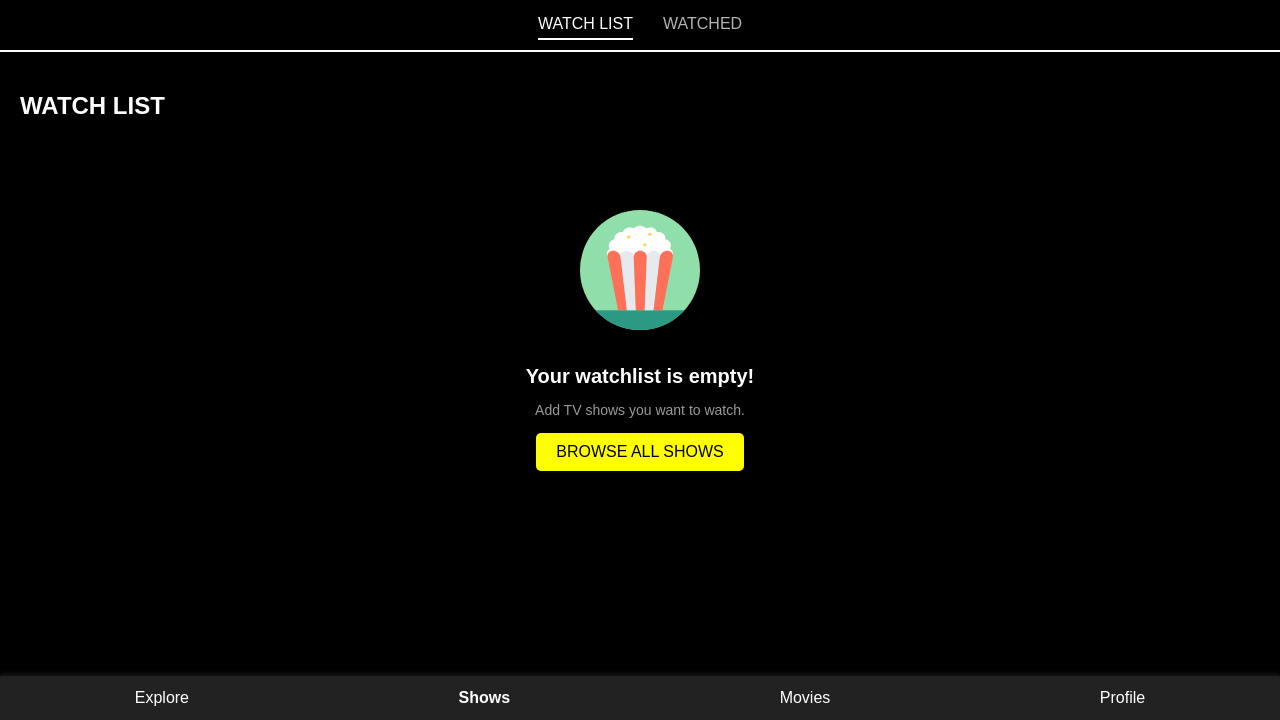
Repository: carson-jenkins-5/tracktv
Page: tracktv/frontend/shows.html
These files come from the project's save history. The page is drawn as it stood at one moment and after the next save; the edit follows.
The browser window is 1280 px wide. The pictures show the whole page.
The page's requests for data from a server got no answer.

Above is the page before, as saved 2025-03-04 03:11:54.

### tracktv/frontend/shows.html
<!DOCTYPE html>
<html lang="en">
<head>
    <meta charset="UTF-8">
    <meta name="viewport" content="width=device-width, initial-scale=1.0">
    <title>Shows</title>
    <link rel="stylesheet" href="styles.css">
</head>
<body>

    <!-- Navigation Tabs (Updated) -->
    <div class="tabs">
        <span class="active" onclick="showTab('watchlist')">WATCH LIST</span>
        <span onclick="showTab('watched')">WATCHED</span>
    </div>

    <!-- Watchlist Section -->
    <div id="watchlist-container">
        <h2 class="section-title">WATCH LIST</h2>
        <div id="watchlist-items"></div>
    </div>

    <!-- Watched Section -->
    <div id="watched-container" style="display: none;">
        <h2 class="section-title">WATCHED</h2>
        <div id="watched-items"></div>
    </div>

    <!-- Empty Watchlist Message (Only visible if no items) -->
    <div id="empty-watchlist" class="empty-state">
        <img src="assets/popcorn.svg" alt="Empty Watchlist">
        <h2>Your watchlist is empty!</h2>
        <p>Add TV shows you want to watch.</p>
        <button onclick="window.location.href='index.html'">BROWSE ALL SHOWS</button>
    </div>

    <!-- Bottom Navigation -->
    <nav class="navbar">
        <button onclick="window.location.href='index.html'">Explore</button>
        <button class="active">Shows</button>
        <button onclick="window.location.href='movies.html'">Movies</button>
        <button onclick="window.location.href='profile.html'">Profile</button>
    </nav>

    <script src="watchlist.js"></script>
</body>
</html>

### tracktv/frontend/styles.css
body {
    font-family: Arial, sans-serif;
    background-color: black;
    color: white;
    margin: 0;
    padding: 0;
    text-align: center;
    padding-bottom: 80px;
}

/* Fixed Search Bar (Always Visible) */
.search-bar-container {
    position: fixed;
    top: 0;
    left: 0;
    width: 100%;
    background-color: black;
    z-index: 1000;
    display: flex;
    align-items: center;
    justify-content: center;
    padding: 12px;
    box-shadow: 0px 2px 5px rgba(255, 255, 255, 0.1);
}

/* Search Input */
.search-bar {
    flex-grow: 1;
    max-width: 80%;
    padding: 10px;
    border-radius: 20px;
    font-size: 16px;
    border: 1px solid rgba(255, 255, 255, 0.3);
    background-color: #222;
    color: white;
    outline: none;
}

/* Cancel Button */
#cancel-btn {
    background: none;
    border: none;
    color: #008CDA;
    font-size: 16px;
    font-weight: bold;
    margin-left: 12px;
    cursor: pointer;
    transition: color 0.3s ease;
}

#cancel-btn:hover {
    color: #00aaff;
}

/* Search Results Page */
#search-results {
    width: 90%;
    background-color: #000;
    margin: 10px auto;
    border-radius: 8px;
    overflow-y: auto;
    padding: 10px;
}

.search-item {
    display: flex;
    align-items: center;
    padding: 12px;
    border-bottom: 1px solid rgba(255, 255, 255, 0.3);
}

.search-item img {
    width: 60px;
    height: 90px;
    border-radius: 5px;
    margin-right: 15px;
}

.search-info {
    flex-grow: 1;
}

.search-title {
    color: white;
    font-size: 16px;
    font-weight: bold;
    margin: 0;
}

.search-subtitle {
    color: rgba(255, 255, 255, 0.6);
    font-size: 14px;
    margin: 3px 0;
}

.add-button {
    background-color: #008CDA;
    color: white;
    border: none;
    font-size: 18px;
    font-weight: bold;
    width: 36px;
    height: 36px;
    border-radius: 50%;
    cursor: pointer;
    display: flex;
    align-items: center;
    justify-content: center;
}

/* Carousels */
.carousel {
    display: flex;
    overflow-x: auto;
    gap: 10px;
    padding: 10px;
}

/* Navbar (Ensuring Consistency) */
.navbar, .bottom-nav {
    position: fixed;
    bottom: 0;
    width: 100%;
    background-color: #222;
    display: flex;
    justify-content: space-around;
    padding: 12px 0;
    box-shadow: 0px -2px 5px rgba(255, 255, 255, 0.1);
    z-index: 1000;
}

.navbar button, .bottom-nav button {
    background: none;
    border: none;
    color: white;
    font-size: 16px;
    cursor: pointer;
}

.navbar button.active, .bottom-nav button.active {
    font-weight: bold;
}

/* Tabs */
.tabs {
    display: flex;
    justify-content: center;
    padding: 10px;
    background: black;
    border-bottom: 2px solid white;
}

.tabs span {
    margin: 0 15px;
    padding: 5px 0;
    font-size: 16px;
    color: rgba(255, 255, 255, 0.7);
    cursor: pointer;
}

.tabs .active {
    border-bottom: 2px solid white;
    color: white;
}

/* Empty Watchlist (Movies & Shows Page) */
.empty-state {
    text-align: center;
    padding: 50px 20px;
}

.empty-state img {
    width: 120px;
    margin-bottom: 15px;
}

.empty-state h2 {
    font-size: 20px;
    margin-bottom: 5px;
}

.empty-state p {
    font-size: 14px;
    color: rgba(255, 255, 255, 0.6);
    margin-bottom: 15px;
}

.empty-state button {
    background-color: yellow;
    color: black;
    padding: 10px 20px;
    border: none;
    font-size: 16px;
    cursor: pointer;
    border-radius: 5px;
}

#watchlist-container {
    padding: 20px;
    text-align: left;
}

.watchlist-item {
    display: flex;
    align-items: center;
    padding: 15px;
    border-bottom: 1px solid rgba(255, 255, 255, 0.2);
}

.watchlist-item img {
    width: 80px;
    height: 120px;
    border-radius: 5px;
    margin-right: 15px;
}

.watchlist-info {
    flex-grow: 1;
}

.watchlist-title {
    font-size: 18px;
    font-weight: bold;
    margin: 0;
}

.watchlist-subtitle {
    font-size: 14px;
    color: rgba(255, 255, 255, 0.6);
}

.watchlist-actions {
    display: flex;
    align-items: center;
}

.watch-button,
.remove-button {
    background: none;
    border: none;
    color: white;
    font-size: 18px;
    cursor: pointer;
    padding: 5px 10px;
}

.watch-button {
    color: limegreen;
}

.remove-button {
    color: red;
}

.browse-button {
    background-color: yellow;
    color: black;
    padding: 10px 20px;
    border: none;
    font-size: 16px;
    cursor: pointer;
    border-radius: 5px;
    margin-top: 20px;
}

/* Each show/movie item */
.show-item {
    position: relative;
    width: 150px; /* Ensure consistent width */
    flex-shrink: 0; /* Prevent items from collapsing */
}

/* Poster Image */
.show-item img {
    width: 100%;
    border-radius: 5px;
    display: block;
}

/* Position plus button in top-right */
.explore-add-button {
    position: absolute;
    top: 5px;
    right: 5px;
    width: 28px;
    height: 28px;
    background-color: #008CDA;
    color: white;
    font-size: 18px;
    font-weight: bold;
    border: none;
    border-radius: 50%;
    cursor: pointer;
    display: flex;
    align-items: center;
    justify-content: center;
    opacity: 0.85;
    transition: opacity 0.3s;
}

.explore-add-button:hover {
    opacity: 1;
}

.menu-button {
    background: none;
    border: none;
    color: white;
    font-size: 20px;
    cursor: pointer;
    padding: 5px;
}

.menu-dropdown {
    display: none;
    position: absolute;
    right: 0;
    background: rgba(50, 50, 50, 0.9);
    border-radius: 5px;
    overflow: hidden;
    box-shadow: 0 2px 10px rgba(0, 0, 0, 0.2);
}

.menu-dropdown.show {
    display: block;
}

.menu-dropdown button {
    background: none;
    border: none;
    color: white;
    padding: 10px 15px;
    width: 100%;
    text-align: left;
    font-size: 14px;
    cursor: pointer;
}

.menu-dropdown button:hover {
    background: rgba(255, 255, 255, 0.1);
}

### tracktv/frontend/watchlist.js
document.addEventListener("DOMContentLoaded", async function () {
    loadWatchlist(); // Load watchlist on page load
});

async function loadWatchlist() {
    try {
        const response = await fetch("/backend/watchlist");
        const watchlist = await response.json();
        const watchlistContainer = document.getElementById("watchlist-items");
        const watchedContainer = document.getElementById("watched-items");
        const emptyMessage = document.getElementById("empty-watchlist");

        //  Clear existing items before appending new ones
        watchlistContainer.innerHTML = "";
        watchedContainer.innerHTML = "";

        //  Filter watched & unwatched items
        const watchedItems = watchlist.filter(item => item.watched);
        const unwatchedItems = watchlist.filter(item => !item.watched);

        //  Show empty message ONLY if both lists are empty
        emptyMessage.style.display = (watchedItems.length === 0 && unwatchedItems.length === 0) ? "block" : "none";

        //  Function to Create an Item Element
        function createItemElement(item, isWatched) {
            const div = document.createElement("div");
            div.classList.add("watchlist-item");

            div.innerHTML = `
                <img src="${item.image}" alt="${item.title}">
                <div class="watchlist-info">
                    <p class="watchlist-title">${item.title}</p>
                    <p class="watchlist-subtitle">${item.type.toUpperCase()}</p>
                </div>
                <div class="watchlist-actions">
                    <button class="menu-button" onclick="toggleMenu('${item.id}')">&middot;&middot;&middot;</button>
                    <div class="menu-dropdown" id="menu-${item.id}">
                        <button onclick="toggleWatchedStatus('${item.id}', ${!isWatched})">
                            ${isWatched ? "Mark as Unwatched" : "Mark as Watched"}
                        </button>
                        <button onclick="removeFromWatchlist('${item.id}')">Remove</button>
                    </div>
                </div>
            `;
            return div;
        }

        //  Append only unique items to each list
        unwatchedItems.forEach(item => watchlistContainer.appendChild(createItemElement(item, false)));
        watchedItems.forEach(item => watchedContainer.appendChild(createItemElement(item, true)));

    } catch (error) {
        console.error("Error loading watchlist:", error);
    }
}

// Toggle Menu Visibility
function toggleMenu(id) {
    document.querySelectorAll(".menu-dropdown").forEach(menu => {
        if (menu.id === `menu-${id}`) {
            menu.classList.toggle("show");
        } else {
            menu.classList.remove("show"); // Close other menus
        }
    });
}

async function addToWatchlist(id, title, image, type) {
    try {
        const response = await fetch("/backend/watchlist", {
            method: "POST",
            headers: { "Content-Type": "application/json" },
            body: JSON.stringify({ id, title, image, type }),
        });

        const data = await response.json();

        if (response.ok) {
            alert(`${title} added to your watchlist!`);
            loadWatchlist();  // Reload the watchlist immediately
        } else {
            alert(data.error || "An error occurred while adding to watchlist.");
        }
    } catch (error) {
        alert("Network error. Try again.");
    }
}

// Function to Remove from Watchlist
async function removeFromWatchlist(id) {
    const response = await fetch(`/backend/watchlist/${id}`, {
        method: "DELETE",
    });

    if (response.ok) {
        loadWatchlist(); // Refresh UI instead of showing an alert
    }
}

async function toggleWatchedStatus(id, watched) {
    try {
        const response = await fetch(`/backend/watchlist/${id}`, {
            method: "PUT",
            headers: { "Content-Type": "application/json" },
            body: JSON.stringify({ watched }),
        });

        const data = await response.json();
        console.log("Response:", data); //  Debugging log

        if (response.ok) {
            loadWatchlist();  //  Refresh UI instantly
        }
    } catch (error) {
        console.error("Error updating watchlist:", error);
    }
}



// Tab Switching for "Watchlist" and "Upcoming"
function showTab(tab) {
    if (tab === "watchlist") {
        document.getElementById("watchlist-container").style.display = "block";
        document.getElementById("watched-container").style.display = "none";
    } else {
        document.getElementById("watchlist-container").style.display = "none";
        document.getElementById("watched-container").style.display = "block";
    }

    document.querySelectorAll(".tabs span").forEach(tabElement => tabElement.classList.remove("active"));
    document.querySelector(`.tabs span[onclick="showTab('${tab}')"]`).classList.add("active");
}

After the next save:
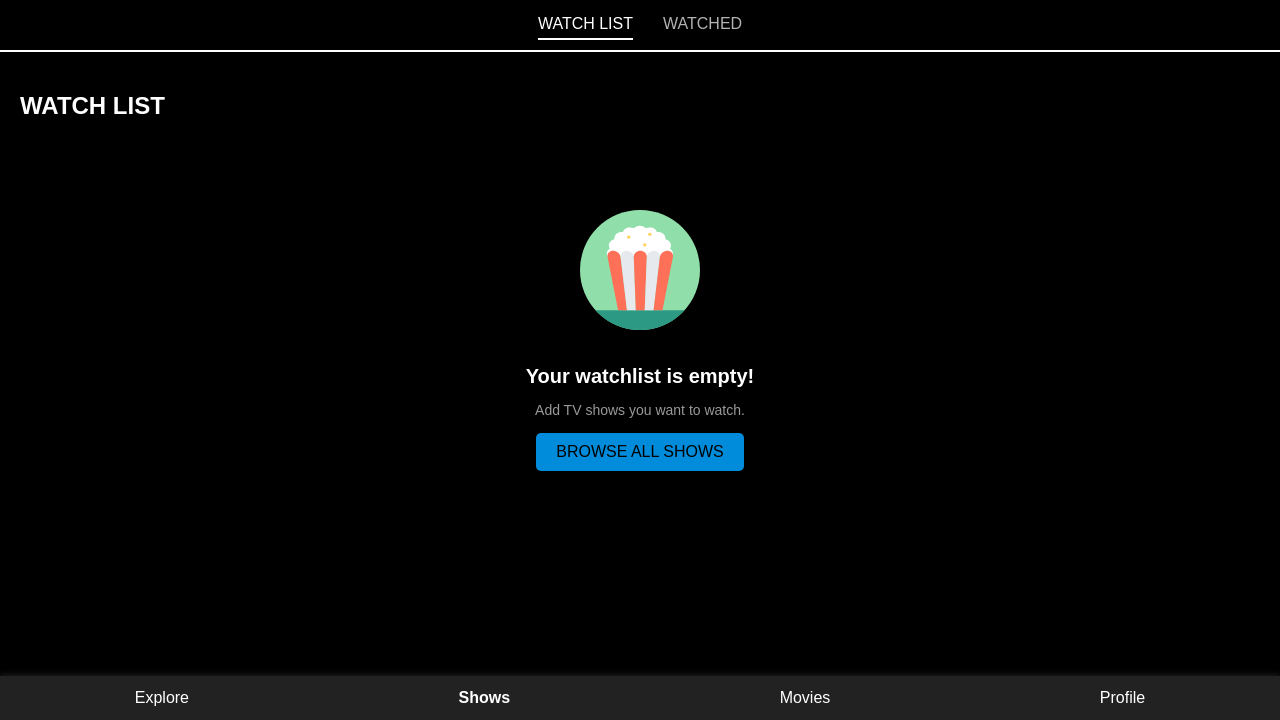
Saved 12 h 54 min later.
--- a/tracktv/frontend/styles.css
+++ b/tracktv/frontend/styles.css
@@ -186,7 +186,7 @@ body {
 }
 
 .empty-state button {
-    background-color: yellow;
+    background-color: #008CDA;
     color: black;
     padding: 10px 20px;
     border: none;
@@ -244,16 +244,8 @@ body {
     padding: 5px 10px;
 }
 
-.watch-button {
-    color: limegreen;
-}
-
-.remove-button {
-    color: red;
-}
-
 .browse-button {
-    background-color: yellow;
+    background-color: #008CDA;
     color: black;
     padding: 10px 20px;
     border: none;
